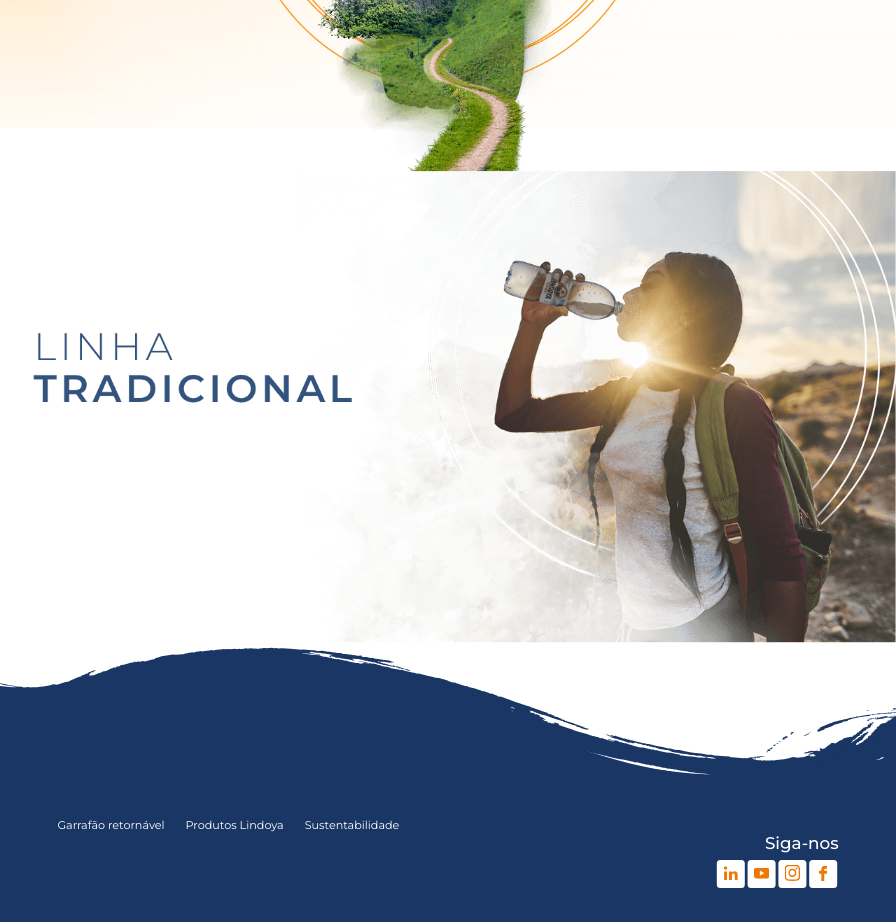
Repository: ItamarLourenco/lindoya-catalogo
Page: index.html
The author's editor kept a copy of each file at every save. The page is drawn from the files as they stood at one save, then again after the next save.
The browser window is 1280 px wide. The pictures show the part of the page from y = 778 to 2698 px (the page is 2096 px tall before and 2698 px after), at 70% of full size.

Above is the page before, as saved 2023-02-08 19:47:21.

### index.html
<!DOCTYPE html>
<html lang="en">
<head>
  <meta charset="UTF-8">
  <meta http-equiv="X-UA-Compatible" content="IE=edge">
  <meta name="viewport" content="width=device-width, initial-scale=1">
  <link rel="stylesheet" href="https://cdn.jsdelivr.net/npm/bootstrap@5.2.3/dist/css/bootstrap.min.css" integrity="sha384-rbsA2VBKQhggwzxH7pPCaAqO46MgnOM80zW1RWuH61DGLwZJEdK2Kadq2F9CUG65" crossorigin="anonymous">
  <script src="https://cdn.jsdelivr.net/npm/bootstrap@5.2.3/dist/js/bootstrap.min.js" integrity="sha384-cuYeSxntonz0PPNlHhBs68uyIAVpIIOZZ5JqeqvYYIcEL727kskC66kF92t6Xl2V" crossorigin="anonymous"></script>
  <script src="https://cdn.jsdelivr.net/npm/bootstrap@5.2.3/dist/js/bootstrap.bundle.min.js" integrity="sha384-kenU1KFdBIe4zVF0s0G1M5b4hcpxyD9F7jL+jjXkk+Q2h455rYXK/7HAuoJl+0I4" crossorigin="anonymous"></script>
  <link rel="stylesheet" href="https://cdnjs.cloudflare.com/ajax/libs/font-awesome/4.7.0/css/font-awesome.min.css">
  <link href="https://fonts.googleapis.com/css2?family=Montserrat:ital,wght@0,100;0,200;0,300;0,400;0,500;0,600;0,700;0,800;0,900;1,100;1,200;1,300;1,400;1,500;1,600;1,700;1,800;1,900&display=swap" rel="stylesheet">

  <link rel="stylesheet" href="./css/lindoya.css" />
  <script src="./js/lindoya.js"></script>
  <title>Lindoya Verão</title>
</head>
<body>
  <header class="container">
    <nav class="nav">
      <div class="nav__logo">
        <a href=""><img src="./assets/images/logo.svg" /></a>
      </div>
      <div class="nav__menu">
        <a href="" class="nav__menu__link">Garrafão retornável</a>
        <a href="" class="nav__menu__link nav__menu__link--selected">Produtos Lindoya</a>
        <a href="" class="nav__menu__link">Sustentabilidade</a>
      </div>
      <div class="nav__redes">
        <a target="_blank" href="https://www.linkedin.com/company/lindoyaverao/?originalSubdomain=br"><img src="./assets/images/linkedin.svg" /></a>
        <a target="_blank" href="https://www.youtube.com/channel/UCaHYIAtvMge3NKkOsTQIPzQ"><img src="./assets/images/youtube.svg" /></a>
        <a target="_blank" href="https://www.instagram.com/lindoyaverao/"><img src="./assets/images/instagran.svg" /></a>
        <a target="_blank" href="https://www.facebook.com/LindoyaVeraoOficial/"><img src="./assets/images/facebook.svg" /></a>
      </div>

      <div class="nav__mobile" id="nav__mobile">
        <img src="assets/images/menu-mobile.svg" />
      </div>
      <ul class="nav__mobile__list" id="nav__mobile__list">
        <li><a href="" class="nav__menu__link nav__menu__link--selected">Garrafão retornável</a></li>
        <li><a href="" class="nav__menu__link">Produtos Lindoya</a></li>
        <li><a href="" class="nav__menu__link">Sustentabilidade</a></li>
      </ul>
    </nav>
  </header>

  <section class="banner">
    <img class="img-fluid banner__desktop" src="assets/images/banner_catalogo.png" />
  </section>

  <section class="tradicional">
    <img class="img-fluid " src="assets/images/linha_tradicional.png" />
  </section>

  <footer class="footer">
    <div class="container">
      <ul class="footer__links">
        <li><a href="">Garrafão retornável</a></li>
        <li><a href="">Produtos Lindoya</a></li>
        <li><a href="">Sustentabilidade</a></li>
      </ul>
      <div class="footer__networks">
        <h4 class="footer__networks__title">Siga-nos</h4>
        <ul class="footer__networks__list">
          <li><a target="_blank" href="https://www.linkedin.com/company/lindoyaverao/?originalSubdomain=br"><img src="./assets/images/linkedin.svg" /></a></li>
          <li><a target="_blank" href="https://www.youtube.com/channel/UCaHYIAtvMge3NKkOsTQIPzQ"><img src="./assets/images/youtube.svg" /></a></li>
          <li><a target="_blank" href="https://www.instagram.com/lindoyaverao/"><img src="./assets/images/instagran.svg" /></a></li>
          <li><a target="_blank" href="https://www.facebook.com/LindoyaVeraoOficial/"><img src="./assets/images/facebook.svg" /></a></li>
        </ul>
      </div>
    </div>
  </footer>

</body>
</html>

### css/lindoya.css
*{
  margin:0;
  padding:0;
  font-family: 'Montserrat', Arial, Helvetica, sans-serif;
}
ul, ol, p{
  margin:0;
  padding:0;
}
body{
  background-image: url('../assets/images/hero-bg-2.png');
  background-repeat: repeat-x;
}
.nav{
  padding-top: 25px;
  display: flex;
  justify-content: space-between
}
.nav .nav__logo{
  margin-left:10px;
}
.nav__redes{
  display: flex;
  justify-content: space-between;
  width: 120px;
  align-items: center;
}
.nav__redes a{
  height: 30px;
  font-weight: bold;
  padding-top:10px;
}

.nav__menu{
  display: flex;
  align-items: center;
}
.nav__menu .nav__menu__link{
  margin-left:20px;
  margin-right: 20px;
  font-weight: bold;
  text-decoration: none;
  font-weight: 600;
  font-size: 15px;
  letter-spacing: 0.03em;
  text-align: left;
  color: #707070;
  padding-top:20px;
}
.nav__menu .nav__menu__link--selected{
  font-weight: 600;
  font-size: 15px;
  letter-spacing: 0.03em;
  color: #f18800;
  text-align: center;
  background-image: url('../assets/images/detail_link.svg');
  background-repeat: no-repeat;
  background-position: center top;
  background-size: 20px;;
}
.nav .nav__mobile{
  display: none;
}
.nav .nav__mobile__list{
  position: absolute;
  top:0;
  left:0;
  width: 100%;
  background-color: #FFF;
  margin-top:80px;
  text-align: center;
  list-style: none;
  background-image: url('../assets/images/background_top.png');
  height: 0px;
  overflow: hidden;
  transition: .5s;
}
.nav .nav__mobile__list li a{
  line-height: 80px;
  text-decoration: none;
  text-transform: uppercase;
  font-weight: bold;
  color:#f18800
}
.nav .nav__mobile__list__open{
  height: 280px;
  transition: .5s;
}
@media screen and (max-width: 1000px) {
  .nav .nav__redes{
    display: none;
  }
}
@media screen and (max-width: 800px) {
  .nav .nav__menu{
    display: none;
  }
  .nav .nav__mobile{
    display: block;
    margin-right: 20px;;
    margin-top:10px;
    cursor: pointer;
  }
}


.footer{
  background-image: url('../assets/images/rodape.svg');
  height:400px;
  padding-top:250px;
}
.footer__networks{
  text-align: right;
}
.footer__networks .footer__networks__list{
  display: flex;
  list-style: none;
  padding:0;
  justify-content: flex-end;
}
.footer__networks .footer__networks__title{
  color:#FFF;
}
.footer__networks .footer__networks__list li{
  text-align: center;
  width: 40px;
  height: 40px;
  padding:6px;
  background-color: #FFF;
  margin-left:2px;
  margin-right: 2px;;
  border-radius: 5px;;


}
.footer__networks .footer__networks__list li a{
  width: 50px;
  height: 50px;
}
.footer .footer__links{
  list-style: none;
  padding: 0;
  display: flex;
}

.footer .footer__links li a{
  color:#FFF !important;
  text-decoration:  none;
  margin-right: 30px;
}
.footer .footer__links li a:hover{
  text-decoration: underline;
}


.banner{
  text-align: center;
  margin-top:100px;
}
.tradicional{
  text-align: right;
}

### js/lindoya.js
window.onload = () => {
  var navMobile = window.document.getElementById('nav__mobile');
  var navMobileList = window.document.getElementById('nav__mobile__list');
  navMobile.addEventListener('click', () => {
    if(!navMobileList.classList.contains('nav__mobile__list__open')){
      navMobileList.classList.add('nav__mobile__list__open')
    }else{
      navMobileList.classList.remove('nav__mobile__list__open')
    }

  })
}

After the next save:
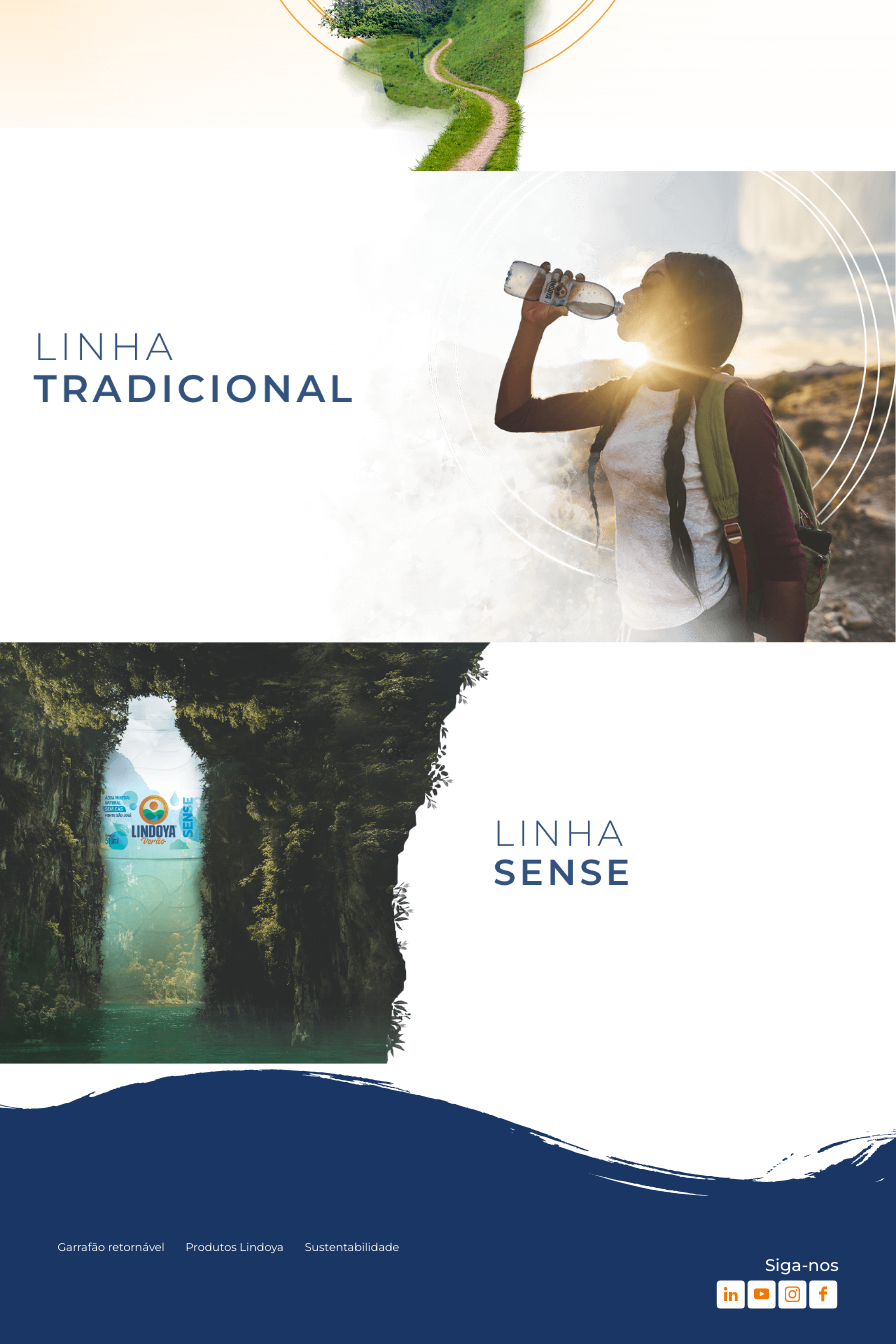
Saved 43 s later.
--- a/index.html
+++ b/index.html
@@ -51,6 +51,10 @@
     <img class="img-fluid " src="assets/images/linha_tradicional.png" />
   </section>
 
+  <section class="sense">
+    <img class="img-fluid " src="assets/images/banner_sense.png" />
+  </section>
+
   <footer class="footer">
     <div class="container">
       <ul class="footer__links">
